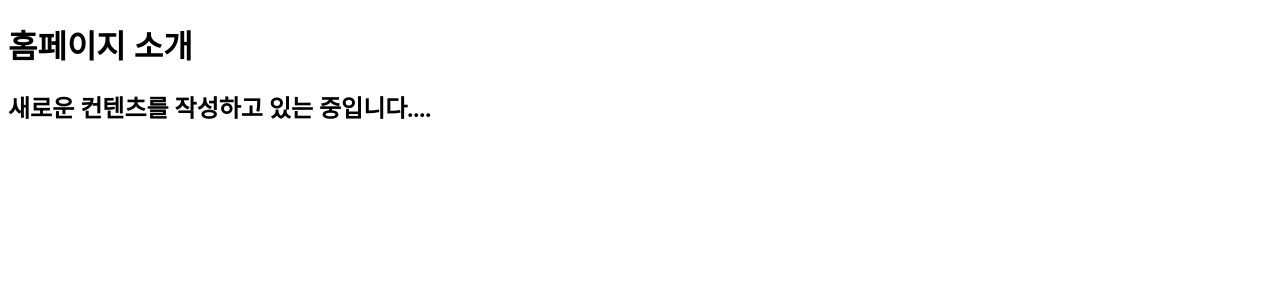
Repository: heyJSH/Study_java_web_sol
Page: http://localhost/jspweb_07/main2.jsp
These files come from the project's save history. The page is drawn as it stood at one moment and after the next save; the edit follows.
The browser window is 1280 px wide. The pictures show the whole page.
The page is served by Tomcat 9.

Above is the page before, as saved 2024-01-11 02:18:26.

After the next save:
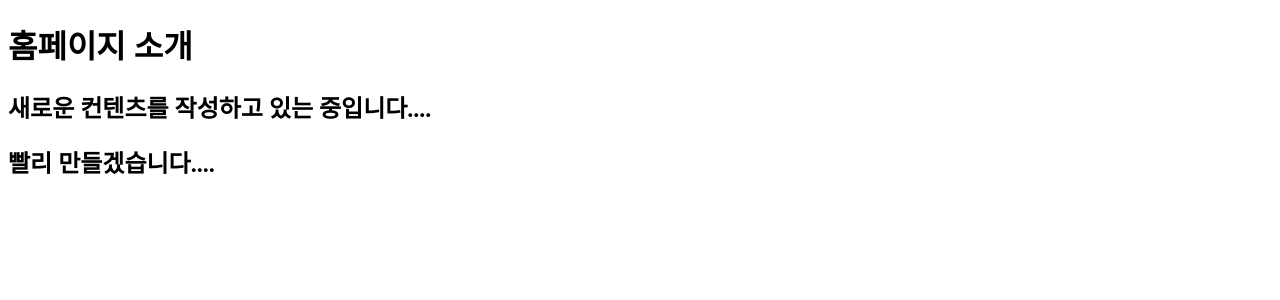
Saved 11 s later.
--- a/teacher_lecture/cotogether/workspace_stsb_4_21/jspweb_07/src/main/webapp/main2.jsp
+++ b/teacher_lecture/cotogether/workspace_stsb_4_21/jspweb_07/src/main/webapp/main2.jsp
@@ -12,6 +12,7 @@
 	<div id="myworkcontent">
 		<h1>홈페이지 소개</h1>
 		<h2>새로운 컨텐츠를 작성하고 있는 중입니다....</h2>
+		<h2>빨리 만들겠습니다....</h2>
 	</div>
 </body>
 </html>
